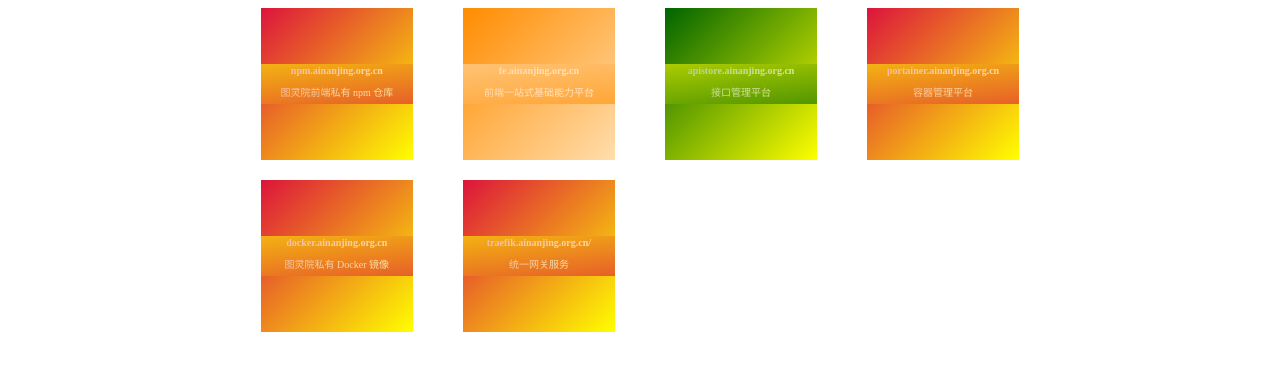
Repository: heweiwei1/portainer
Page: index.html
These files come from the project's save history. The page is drawn as it stood at one moment and after the next save; the edit follows.
The browser window is 1280 px wide. The pictures show the whole page.

Above is the page before, as saved 2021-04-13 17:58:47.

After the next save:
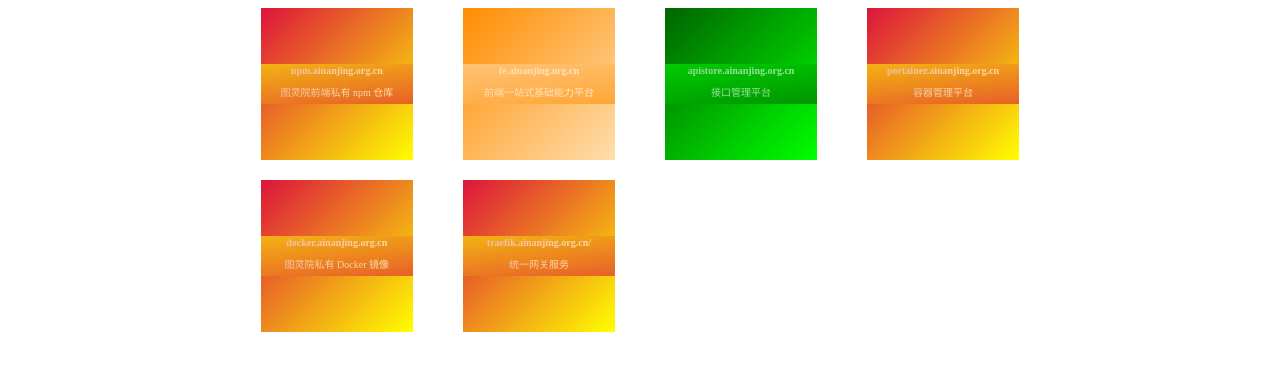
Saved 17 s later.
--- a/index.css
+++ b/index.css
@@ -54,10 +54,10 @@ a {
   background-image: linear-gradient(to top left,#ff8c00,#ffdead);
 }
 .demo-3 {
-  background-image: linear-gradient(to bottom right,#006400,#ffff00);
+  background-image: linear-gradient(to bottom right,#006400,#00ff00);
 }
 .demo-3 .trans{
-  background-image: linear-gradient(to top left,#006400,#ffff00);
+  background-image: linear-gradient(to top left,#006400,#00ff00);
 }
 .demo-4 {
   background-image: linear-gradient(to bottom right,#dc143c,#ffff00);
